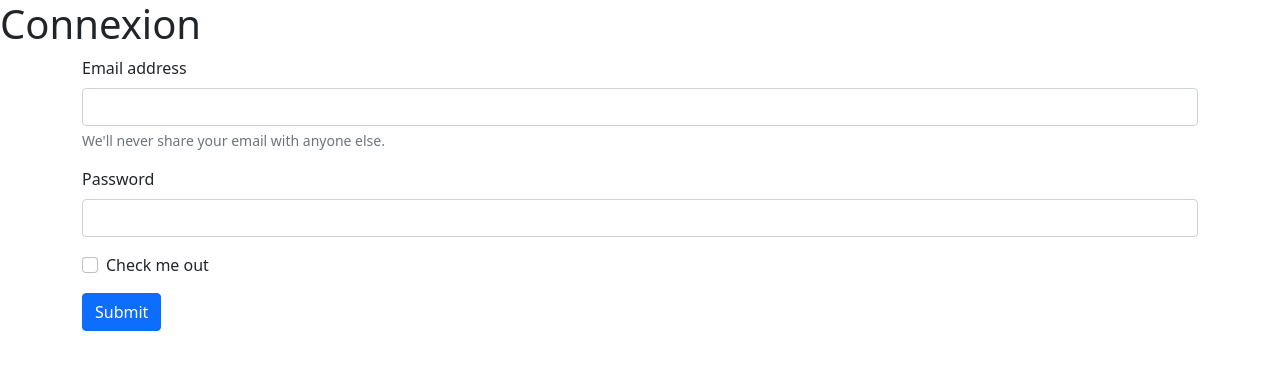
Repository: QuentinFayt/NewsWeb
Page: sources/adminNewsWeb/login.html
These files come from the project's save history. The page is drawn as it stood at one moment and after the next save; the edit follows.
The browser window is 1280 px wide. The pictures show the whole page.

Above is the page before, as saved 2021-12-23 10:08:48.

### sources/adminNewsWeb/login.html
<!doctype html>
<html lang="fr">

<head>
    <meta charset="utf-8">
    <meta name="viewport" content="width=device-width, initial-scale=1">
    <link href="https://cdn.jsdelivr.net/npm/bootstrap@5.1.3/dist/css/bootstrap.min.css" rel="stylesheet" integrity="sha384-1BmE4kWBq78iYhFldvKuhfTAU6auU8tT94WrHftjDbrCEXSU1oBoqyl2QvZ6jIW3" crossorigin="anonymous">
    <title>NewsWeb - Login</title>
</head>

<body>
    <h1>Connexion</h1>

    <main class="container">

        <form>
            <div class="mb-3">
                <label for="exampleInputEmail1" class="form-label">Email address</label>
                <input type="email" class="form-control" id="exampleInputEmail1" aria-describedby="emailHelp">
                <div id="emailHelp" class="form-text">We'll never share your email with anyone else.</div>
            </div>
            <div class="mb-3">
                <label for="exampleInputPassword1" class="form-label">Password</label>
                <input type="password" class="form-control" id="exampleInputPassword1">
            </div>
            <div class="mb-3 form-check">
                <input type="checkbox" class="form-check-input" id="exampleCheck1">
                <label class="form-check-label" for="exampleCheck1">Check me out</label>
            </div>
            <button type="submit" class="btn btn-primary">Submit</button>
        </form>

    </main>

    <script src="https://cdn.jsdelivr.net/npm/bootstrap@5.1.3/dist/js/bootstrap.bundle.min.js" integrity="sha384-ka7Sk0Gln4gmtz2MlQnikT1wXgYsOg+OMhuP+IlRH9sENBO0LRn5q+8nbTov4+1p" crossorigin="anonymous"></script>
</body>

</html>

After the next save:
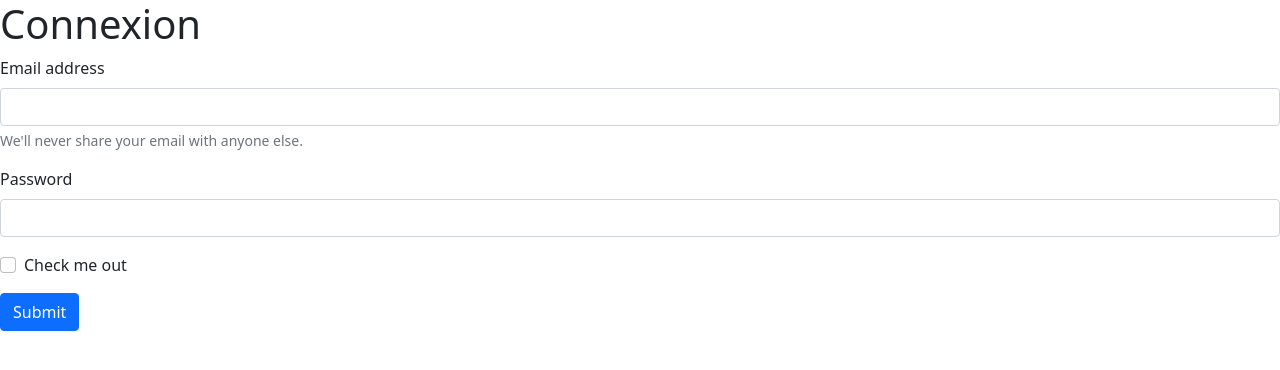
Saved 2 min 55 s later.
--- a/sources/adminNewsWeb/login.html
+++ b/sources/adminNewsWeb/login.html
@@ -9,26 +9,27 @@
 </head>
 
 <body>
+    <main class="container"></main>
     <h1>Connexion</h1>
 
-    <main class="container">
 
-        <form>
-            <div class="mb-3">
-                <label for="exampleInputEmail1" class="form-label">Email address</label>
-                <input type="email" class="form-control" id="exampleInputEmail1" aria-describedby="emailHelp">
-                <div id="emailHelp" class="form-text">We'll never share your email with anyone else.</div>
-            </div>
-            <div class="mb-3">
-                <label for="exampleInputPassword1" class="form-label">Password</label>
-                <input type="password" class="form-control" id="exampleInputPassword1">
-            </div>
-            <div class="mb-3 form-check">
-                <input type="checkbox" class="form-check-input" id="exampleCheck1">
-                <label class="form-check-label" for="exampleCheck1">Check me out</label>
-            </div>
-            <button type="submit" class="btn btn-primary">Submit</button>
-        </form>
+
+    <form>
+        <div class="mb-3">
+            <label for="exampleInputEmail1" class="form-label">Email address</label>
+            <input type="email" class="form-control" id="exampleInputEmail1" aria-describedby="emailHelp">
+            <div id="emailHelp" class="form-text">We'll never share your email with anyone else.</div>
+        </div>
+        <div class="mb-3">
+            <label for="exampleInputPassword1" class="form-label">Password</label>
+            <input type="password" class="form-control" id="exampleInputPassword1">
+        </div>
+        <div class="mb-3 form-check">
+            <input type="checkbox" class="form-check-input" id="exampleCheck1">
+            <label class="form-check-label" for="exampleCheck1">Check me out</label>
+        </div>
+        <button type="submit" class="btn btn-primary">Submit</button>
+    </form>
 
     </main>
 
